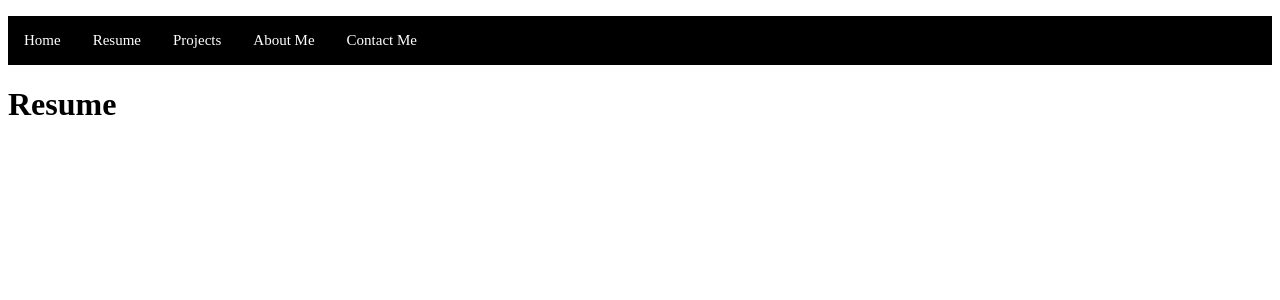
Repository: Coli-Pixel/Coli-Pixel.github.io
Page: resume.html
The author's editor kept a record of every edit. The page is drawn from the files as they stood at one moment, then again after the next edit.
The browser window is 1280 px wide. The pictures show the whole page.

Above is the page before.

### resume.html
<!DOCTYPE html>
<html>
    <head>
        <title>Resume</title>
        <link rel="stylesheet" type="text/css" href="style.css">
    </head>
    <body>
        <ul class="navbar">
            <li ><a href="/index.html">Home</a></li>
            <li><a href="/resume.html">Resume</a></li>
            <li class = "dropdown">
                <div>Projects</div>
                <ul class="dropdown-content">
                    <li><a href="#">Project 1</a></li>
                    <li><a href="#">Project 2</a></li>
                    <li><a href="#">Project 3</a></li>
                </ul>
            </li>
            <li><a href="/about-me.html">About Me</a></li>
            <li><a href="/contact-me.html">Contact Me</a></li>
        </ul>
        <h1>Resume</h1>
    </body>
</html>

### style.css
            .navbar{
                list-style: none;
                background-color: black;
                overflow: hidden;
                padding: 0;
            }
            .navbar a, .dropdown div{
                text-decoration: none;
                color: white;
                font-size: 15px;
                padding:16px;
                display:inline-block;
            }
            .navbar li{
                float: left;
            }
            .navbar li:hover{
                background-color:goldenrod;
            }
            .dropdown-content{
                list-style:none;
                display: none;
                padding:0;
                position:absolute;
                z-index: 2;
                background-color: goldenrod;
            }
            .dropdown-content li{
                float:none;
                padding: 0;
            }
            .dropdown-content li:hover{
                background-color:red;
            }
            .dropdown:hover .dropdown-content{
                display:block;
            }
            .active{
                background-color: green;
            }

After the next edit:
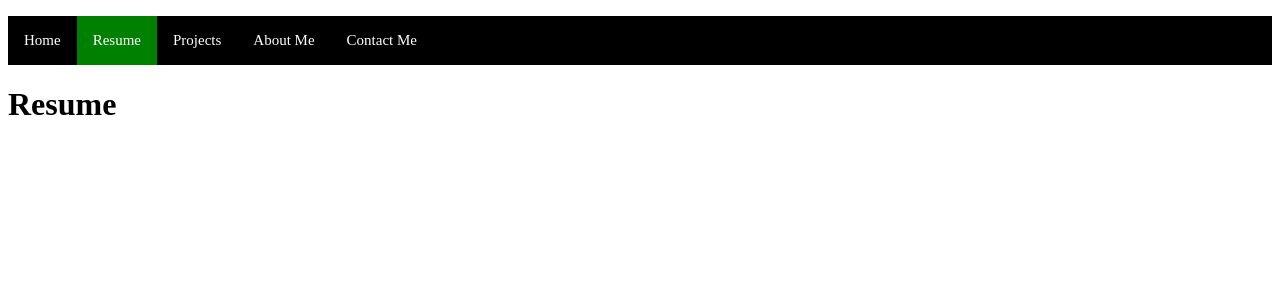
The edit:
--- a/resume.html
+++ b/resume.html
@@ -7,7 +7,7 @@
     <body>
         <ul class="navbar">
             <li ><a href="/index.html">Home</a></li>
-            <li><a href="/resume.html">Resume</a></li>
+            <li class="active"><a href="/resume.html">Resume</a></li>
             <li class = "dropdown">
                 <div>Projects</div>
                 <ul class="dropdown-content">
